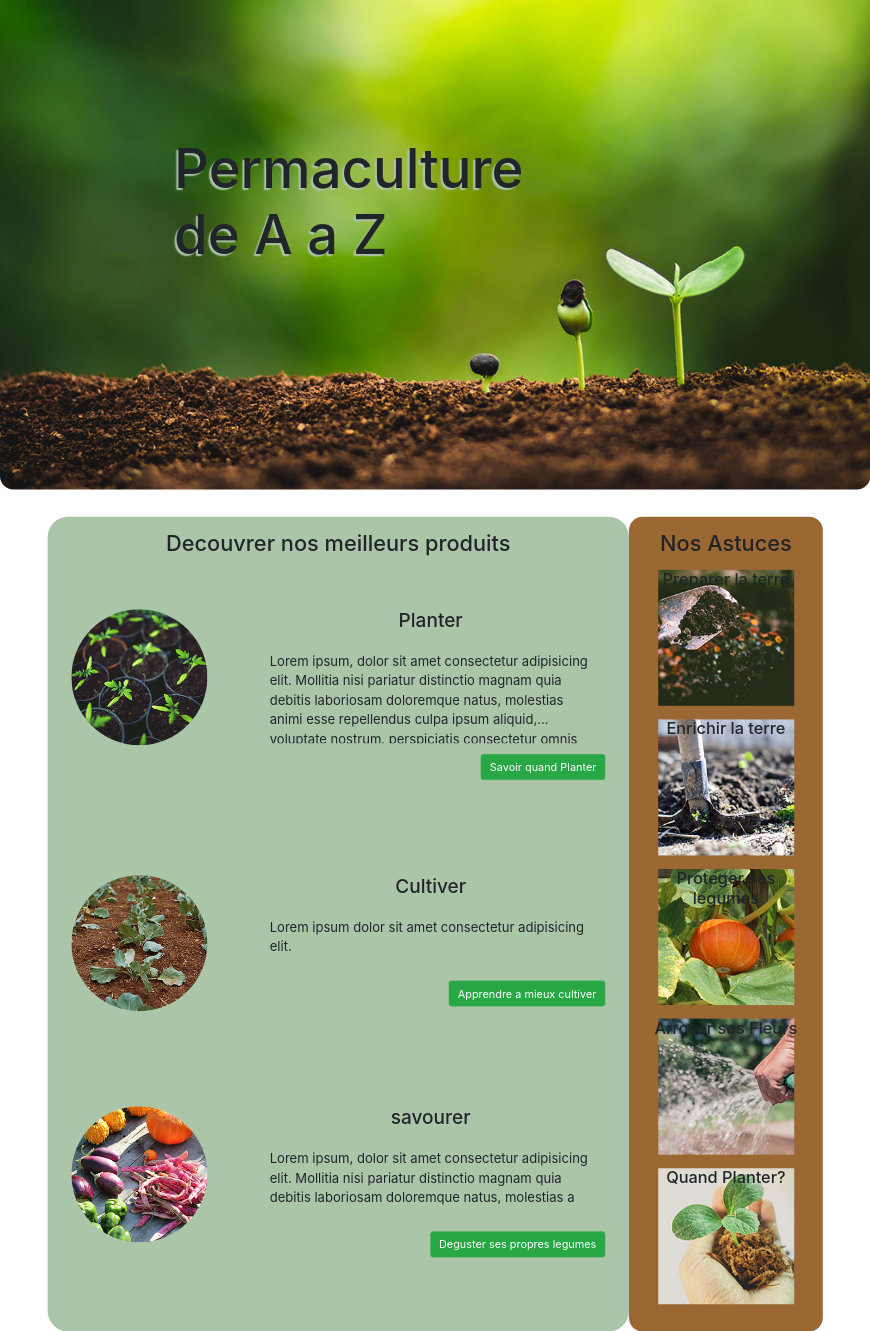
Repository: ahthionkevin/permaculture
Page: index.html
These files come from the project's save history. The page is drawn as it stood at one moment and after the next save; the edit follows.
The browser window is 1280 px wide. The pictures show the whole page, at 68% of full size.
Backgrounds fixed to the window are drawn as part of the page.

Above is the page before, as saved 2021-07-06 22:14:48.

### index.html
<!DOCTYPE html>
<html lang="fr">
<head>
    <meta charset="UTF-8">
    <meta http-equiv="X-UA-Compatible" content="IE=edge">
    <meta name="viewport" content="width=device-width, initial-scale=1.0">
    <title>Document</title>
    <link rel="stylesheet" href="./bootstrap.css">
    <link rel="stylesheet" href="./style.css">
</head>
<body>
    <header>
        <h1>Permaculture <br>de A a Z</h1>
    </header>
    <div class="container">
        <div class="row">
            <div class="col-lg-9" id="leftPart">
                <h2>Decouvrer nos meilleurs produits</h2>
                <div class="container">
                    <div class="row element">
                        <div class="col-sm-4">
                            <img src="./media/planter.jpg" alt="planter">
                        </div>
                        <div class="col-sm-8">
                            <h3>Planter</h3>
                            <p>Lorem ipsum, dolor sit amet consectetur adipisicing elit. Mollitia nisi pariatur distinctio magnam quia debitis laboriosam doloremque natus, molestias animi esse repellendus culpa ipsum aliquid, voluptate nostrum, perspiciatis consectetur omnis ipsa beatae? Debitis commodi rem voluptatum porro illo accusantium voluptas.</p>
                            <div class="bouton">
                                <button class="btn btn-success">Savoir quand Planter</button>
                            </div>

                        </div>
                    </div>

                    <div class="row element">
                        <div class="col-sm-4">
                            <img src="./media/cultiver.jpg" alt="cultiver">
                        </div>
                        <div class="col-sm-8">
                            <h3>Cultiver</h3>
                            <p>Lorem ipsum dolor sit amet consectetur adipisicing elit.</p>
                            <div class="bouton">
                                <button class="btn btn-success">Apprendre a mieux cultiver</button>
                            </div>

                        </div>
                    </div>

                    <div class="row element">
                        <div class="col-sm-4">
                            <img src="./media/savourer.jpg" alt="savourer">
                        </div>
                        <div class="col-sm-8">
                            <h3>savourer</h3>
                            <p>Lorem ipsum, dolor sit amet consectetur adipisicing elit. Mollitia nisi pariatur distinctio magnam quia debitis laboriosam doloremque natus, molestias a</p>
                            <div class="bouton">
                                <button class="btn btn-success">Deguster ses propres legumes</button>
                            </div>

                        </div>
                    </div>
                </div>
            </div>

            <div class="col-lg-3" id="rightPart">
                <h2>Nos Astuces</h2>
                <div class="tips" style="background: url(./media/preparer.jpeg) no-repeat 50% 50%;">
                    <h4>Preparer la terre</h4>
                </div>

                <div class="tips" style="background: url(./media/enrichir.jpeg) no-repeat 50% 50%;">
                    <h4>Enrichir la terre</h4>
                </div>

                <div class="tips" style="background: url(./media/proteger.jpg) no-repeat 50% 50%;">
                    <h4>Proteger ses legumes</h4>
                </div>

                <div class="tips" style="background: url(./media/arroser.jpg) no-repeat 50% 50%;">
                    <h4>Arroser ses Fleurs</h4>
                </div>

                <div class="tips" style="background: url(./media/quand-planter.jpeg) no-repeat 50% 50%;">
                    <h4>Quand Planter?</h4>
                </div>
            </div>
        </div>
    </div>

</body>
</html>

### style.css
html{
    scroll-behavior: smooth;
}

h2, h3, h4, .nav-item, #transition, footer{
    text-align: center;
}

header{
    background: url(./media/main.jpg) no-repeat fixed 50% 50%;
    background-size: cover;
    height: 100vh;
    border-radius: 0 0 20px 20px;
    margin-bottom: 40px;
}

h1{
    font-size: 5rem;
    padding: 200px 0 0 20%;
    text-shadow: -3px 3px 2px #abc5a9;
    animation: titre ease 3.5s;
}

@keyframes titre {
    0%{
        opacity: 0;
        transform: translate(0px,180px);
    }
    100%{
        opacity: 1;
        transform: translate(0px,0px);
    }
}


/* *******************LEFT PART***************** */
#leftPart{
    background-color: #abc5a9;
    border-radius: 30px;
    padding: 20px;
}

.element{
    padding: 70px 0;
}

.element img{
    border-radius: 50%;
    width: 200px;
}

.element p{
    font-size: 1.2rem;
    display: -webkit-box;
    -webkit-box-orient: vertical;
    -webkit-line-clamp: 4;
    overflow: hidden;
    padding: 20px;
}
.element .bouton{
    text-align: right;
    max-width: 15px 4% 0 0;
}


/* ***************RIGHT PART*********** */
#rightPart{
    background-color: #9b6833;
    border-radius: 20px;
    padding: 20px;
}

.tips{
    height: 200px;
    margin: 20px auto;
}

Loaded but not shown: bootstrap.css (library)

After the next save:
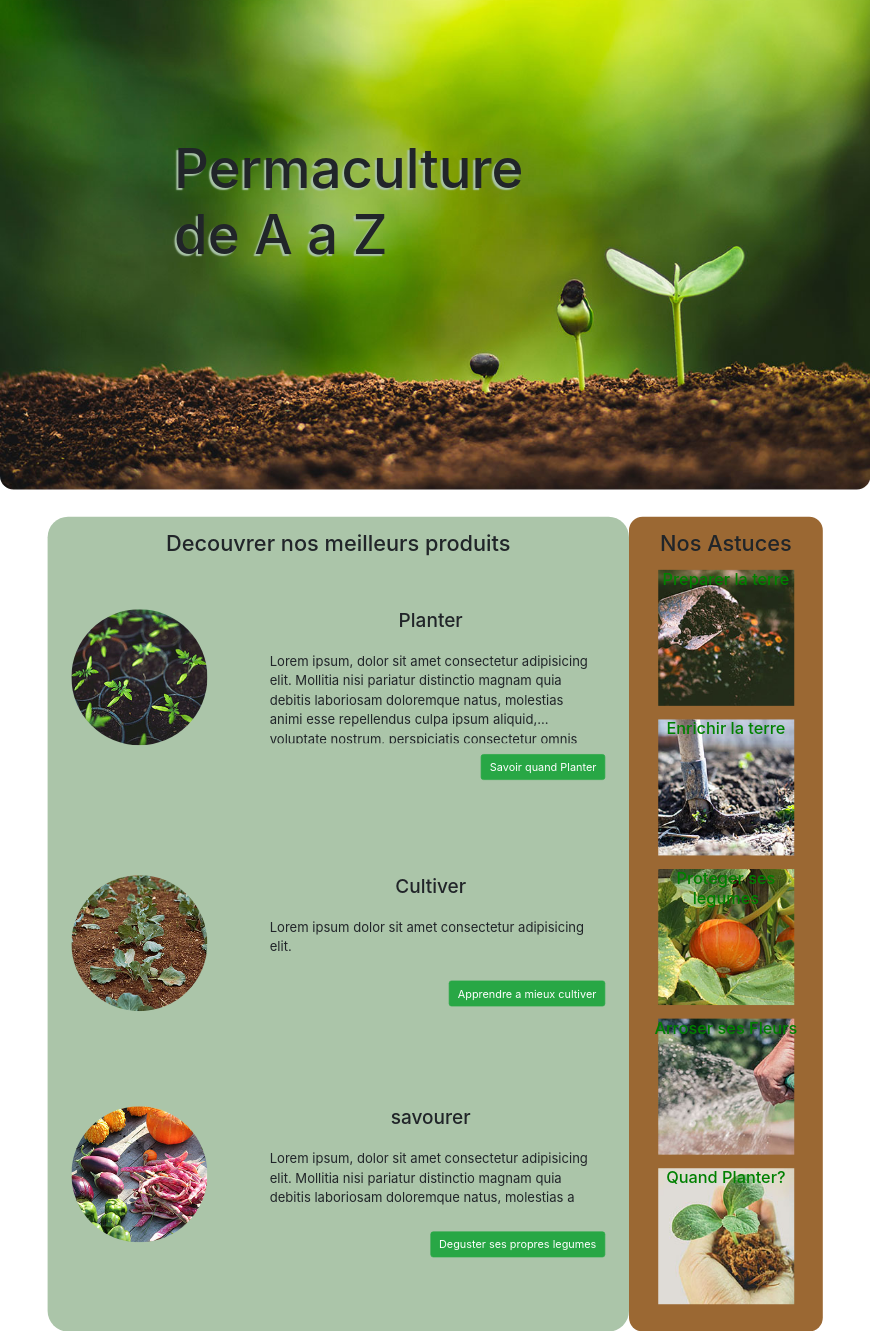
Saved 32 s later.
--- a/style.css
+++ b/style.css
@@ -74,3 +74,8 @@ h1{
     height: 200px;
     margin: 20px auto;
 }
+
+.tips h4{
+    position: relative;
+    color: green;
+}
